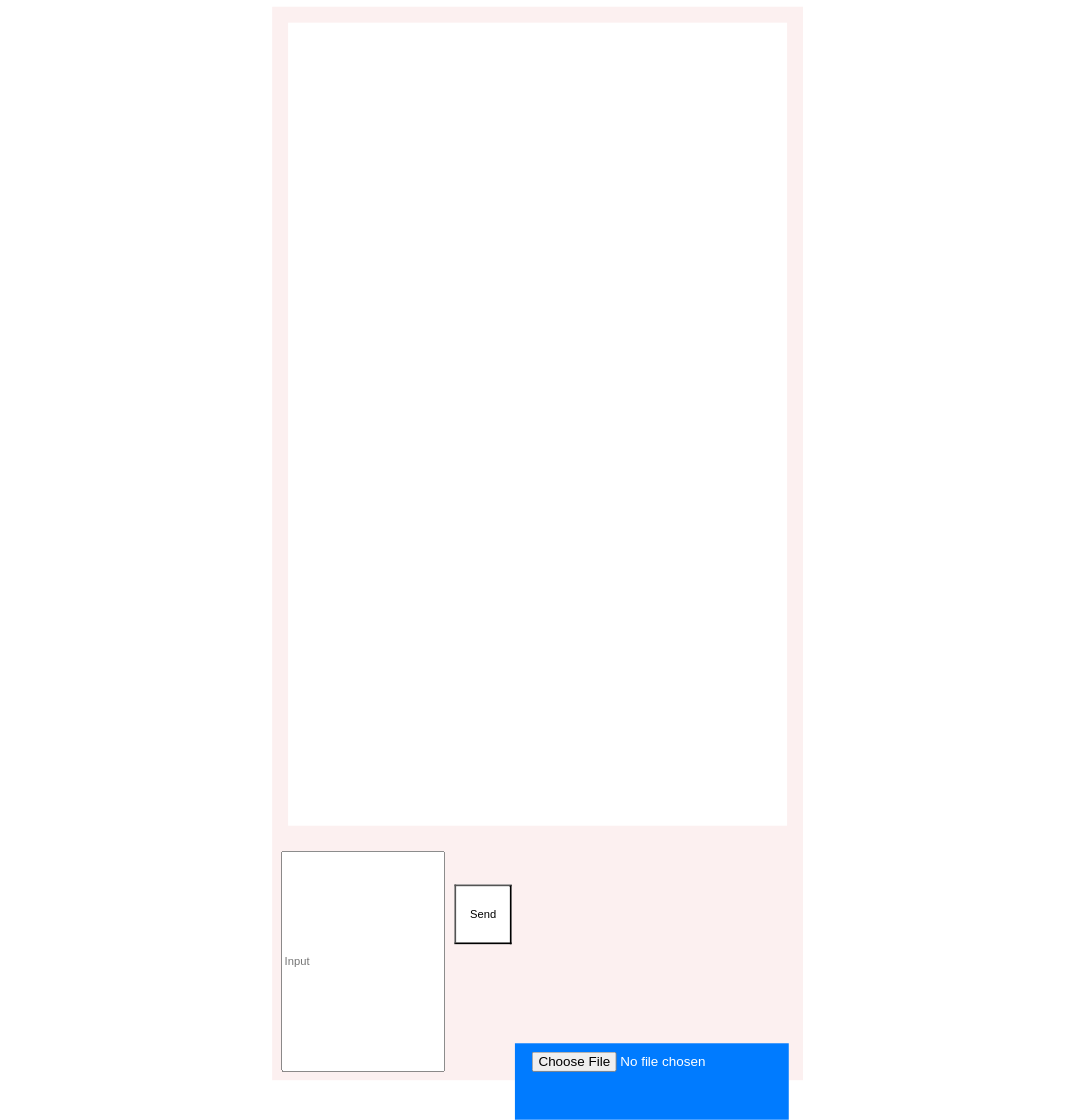
Repository: ddt2h/node-express-chat
Page: front/index.html
These files come from the project's save history. The page is drawn as it stood at one moment and after the next save; the edit follows.
The browser window is 1280 px wide. The pictures show the whole page, at 84% of full size.

Above is the page before, as saved 2024-07-05 15:54:42.

After the next save:
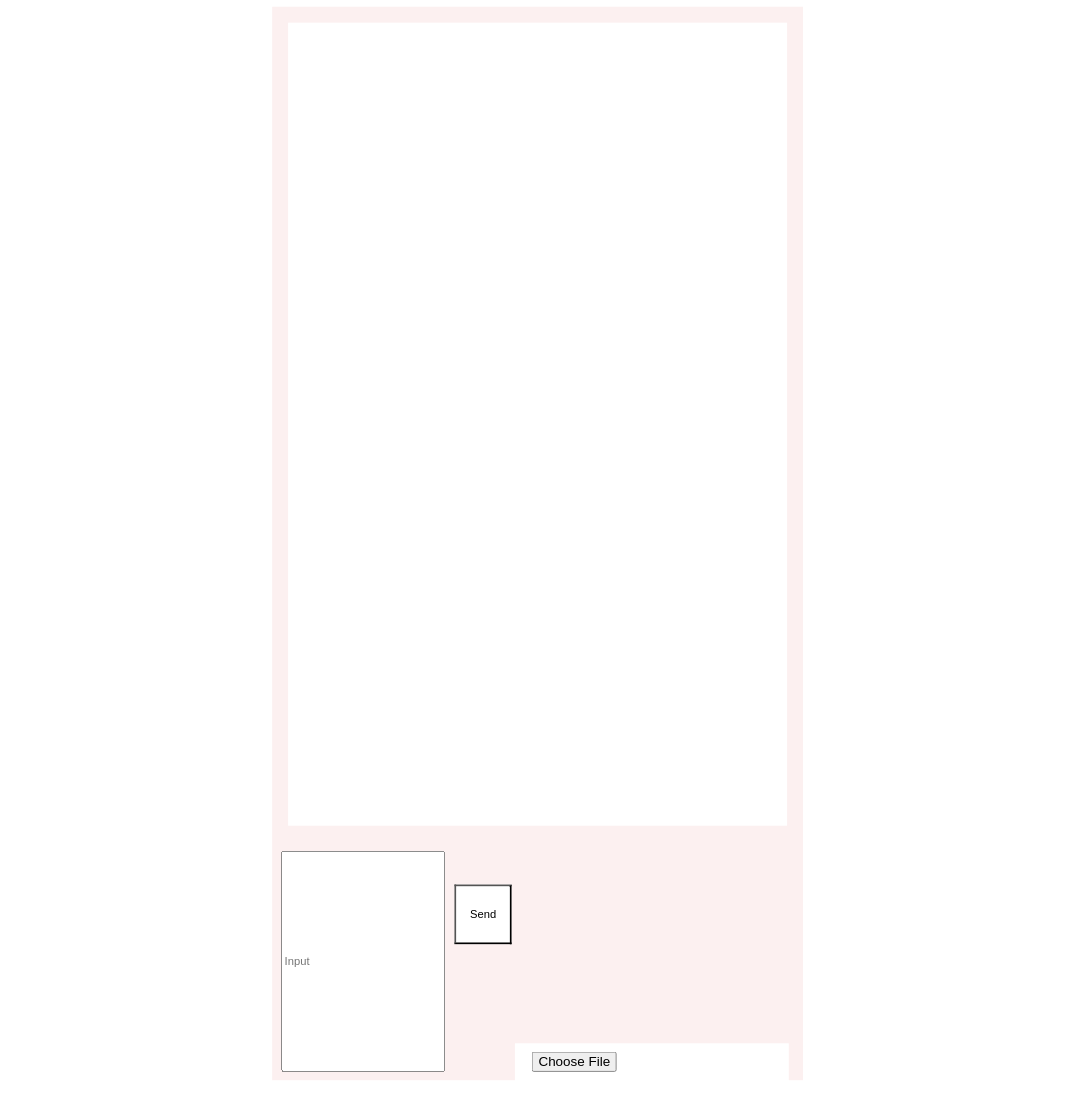
Saved 15 s later.
--- a/front/index.html
+++ b/front/index.html
@@ -42,7 +42,6 @@
             margin-right: 5%;
             height: 25%;
             padding: 10px 20px;
-            background-color: #007bff;
             color: white;
             border: none;
             cursor: pointer;
